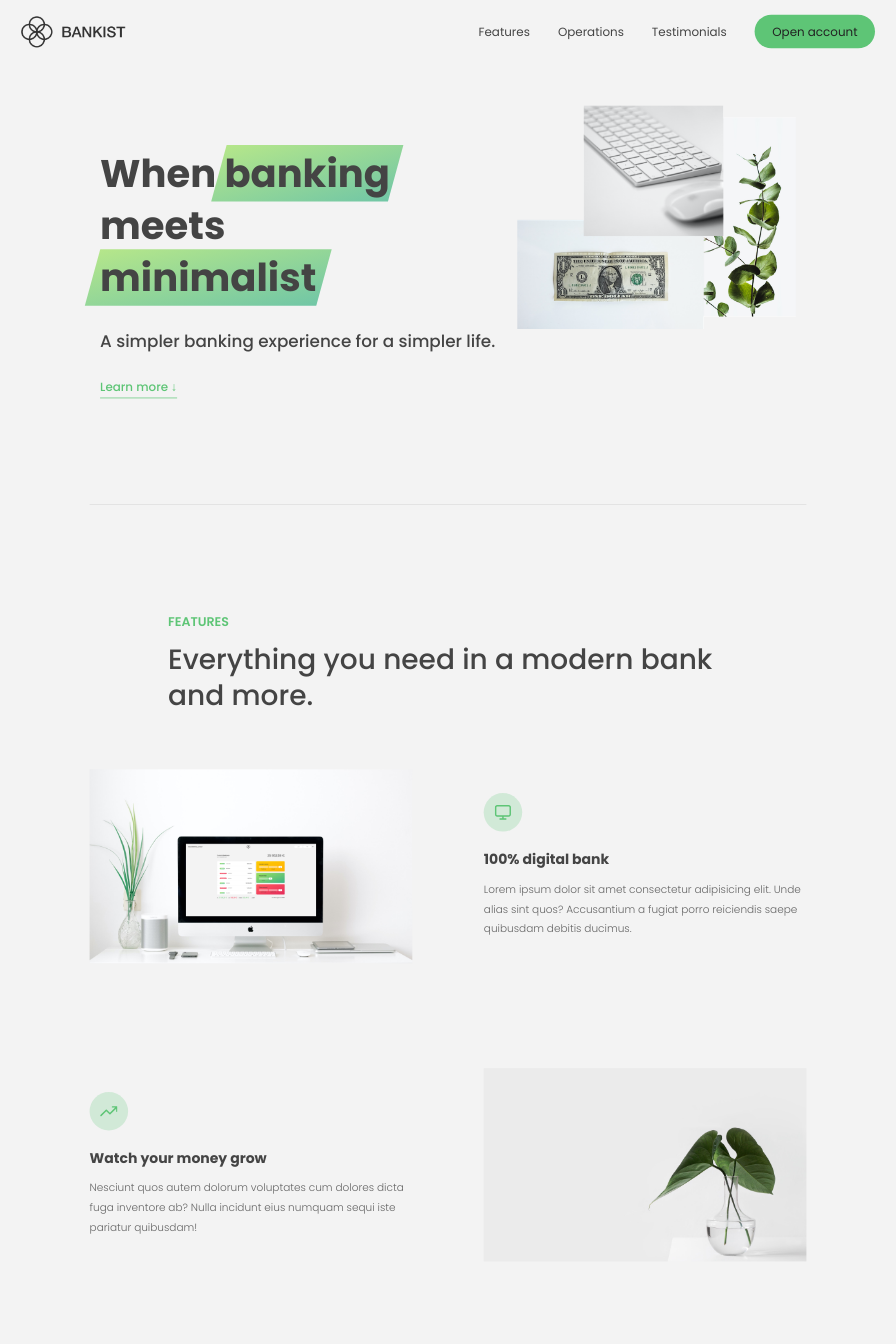
Repository: nptg3105/Bankist
Page: index.html
These files come from the project's save history. The page is drawn as it stood at one moment and after the next save; the edit follows.
The browser window is 1280 px wide. The pictures show the part of the page from y = 0 to 1920 px (the page is 5090 px tall), at 70% of full size.
Some web libraries are served in a nearby version.

Above is the page before, as saved 2022-06-02 16:10:02.

After the next save:
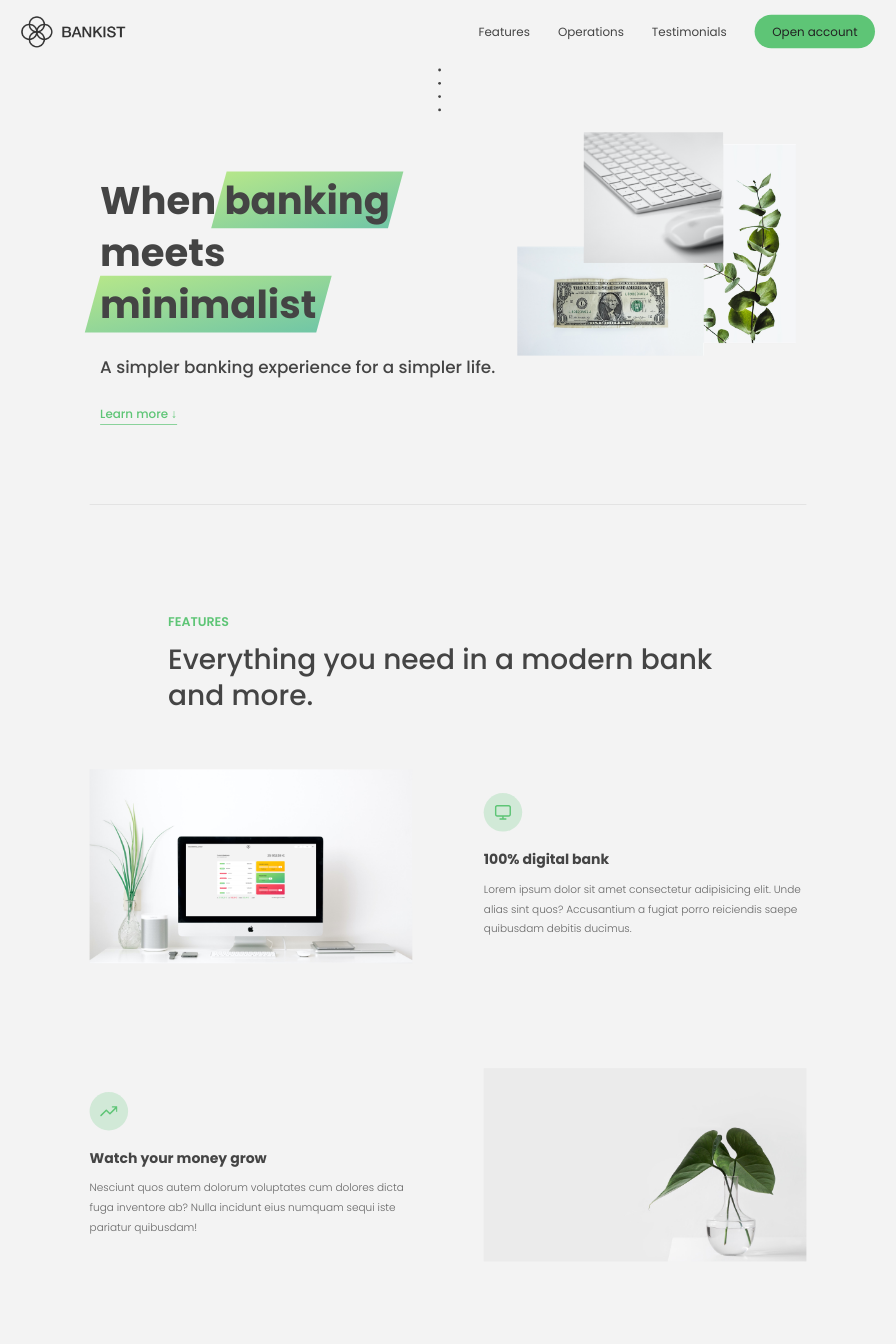
Saved 84 s later.
--- a/index.html
+++ b/index.html
@@ -47,6 +47,13 @@
         </ul>
       </nav>
 
+      <ul>
+        <li></li>
+        <li></li>
+        <li></li>
+        <li></li>
+      </ul>
+
       <div class="header__title container">
         <h1>
           When
